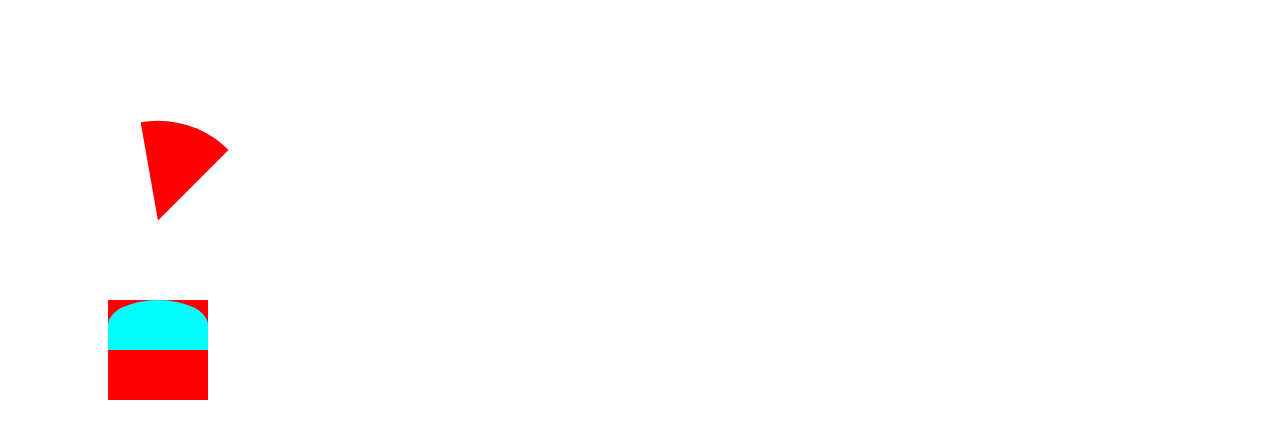
Repository: MMXiaohang/frontend-interview-coding
Page: 56.扇形.html
The author's editor kept a copy of each file at every save. The page is drawn from the files as they stood at one save, then again after the next save.
The browser window is 1280 px wide. The pictures show the whole page.

Above is the page before, as saved 2022-08-12 00:13:33.

After the next save:
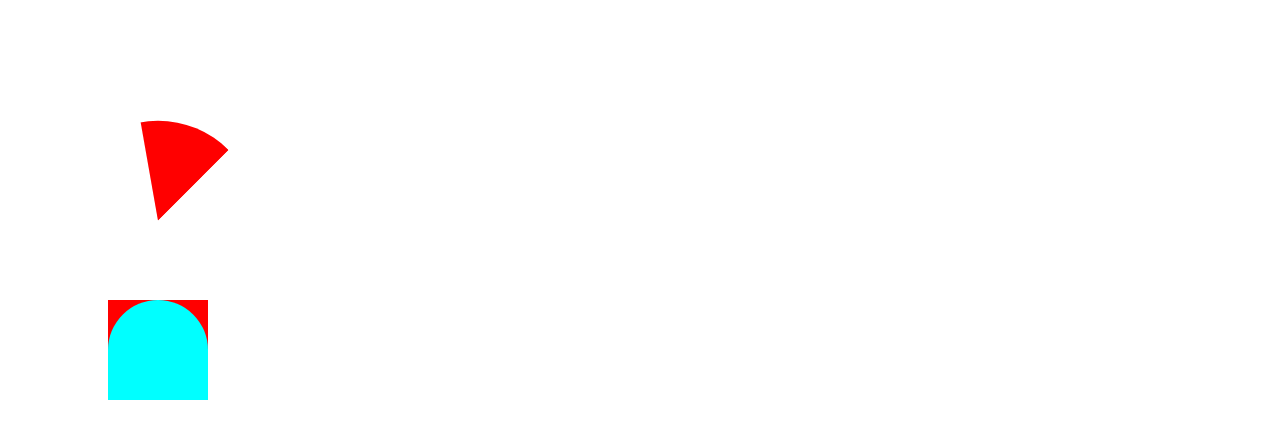
Saved 34 s later.
--- a/56.扇形.html
+++ b/56.扇形.html
@@ -49,7 +49,7 @@
 
         .c1{
             width: 100px;
-            height: 50px;
+            height: 100px;
             background-color: aqua;
             border-radius: 50% 50% 0 0;
         }
